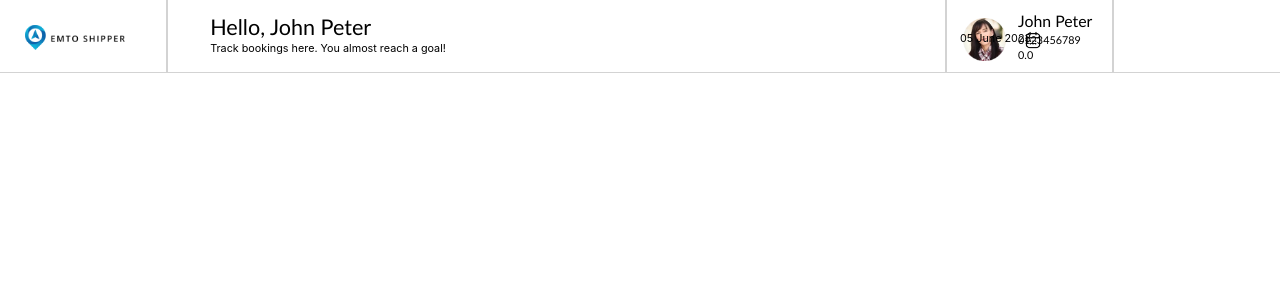
Repository: RoshanArun/Emto-Web
Page: /dashboard (app in emto/reactfirst/)
These files come from the project's save history. The page is drawn as it stood at one moment and after the next save; the edit follows.
The browser window is 1280 px wide. The pictures show the whole page.
The project was rebuilt for these pictures with package versions that can differ from the ones it lists, and the page was loaded fresh each time. Also part of the build but not shown: emto/reactfirst/src/pages/SignUp/SignUp.css, emto/reactfirst/src/pages/SignUp/SignUp.js, emto/reactfirst/src/pages/Login/Login.js.

Above is the page before, as saved 2023-07-27 12:28:55.

After the next save:
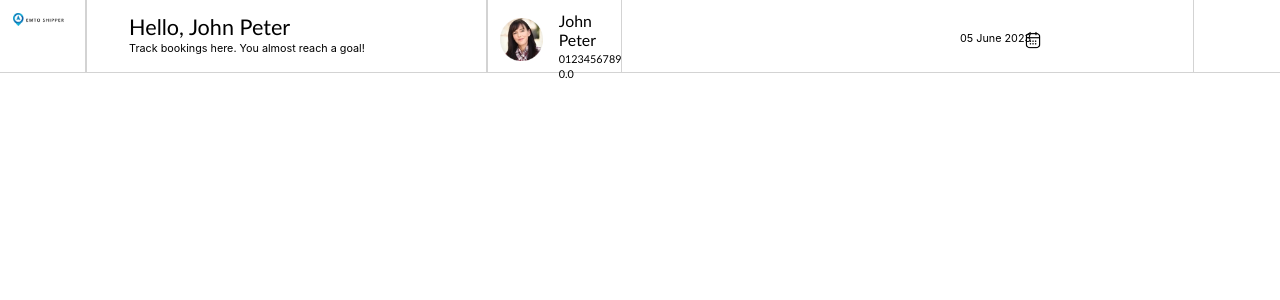
Saved 14 s later.
--- a/emto/reactfirst/src/pages/DashBoard/DashBoard.js
+++ b/emto/reactfirst/src/pages/DashBoard/DashBoard.js
@@ -23,6 +23,7 @@ const DashBoard = () => {
                         <label class="userLabel2">0.0</label><br></br>
                     </div>
 
+                    <div class="break"></div>
                     <div class="bottom1">
 
                     </div>
